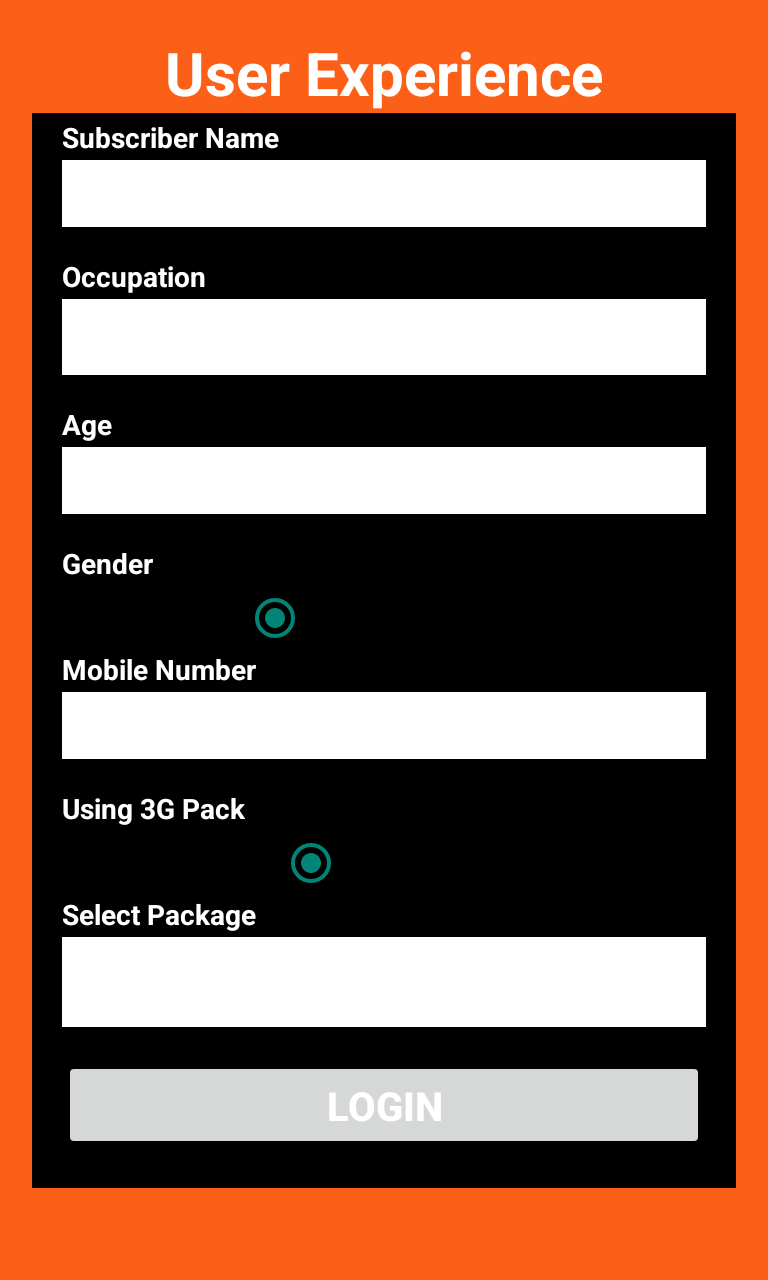
Repository: MushfiqurRahman/BLink3gApp
Layout: 3gExperience/res/layout/fragment_survey.xml
These files come from the project's save history. The layout is drawn as it stood at one moment and after the next save; the edit follows.
It is drawn on a 768 x 1280 px phone screen (xhdpi) without system bars, with theme AppTheme; the app's code is not run.

Above is the layout before, as saved 2014-05-20 18:13:38.

### 3gExperience/res/layout/fragment_survey.xml
<RelativeLayout xmlns:android="http://schemas.android.com/apk/res/android"
    xmlns:tools="http://schemas.android.com/tools"
    android:layout_width="match_parent"
    android:layout_height="match_parent"
    android:background="#FC6018"
    android:paddingBottom="@dimen/activity_vertical_margin"
    android:paddingLeft="@dimen/activity_horizontal_margin"
    android:paddingRight="@dimen/activity_horizontal_margin"
    android:paddingTop="@dimen/activity_vertical_margin"
    tools:context="com.example.gexperience.SurveyActivity$PlaceholderFragment" >

    <RelativeLayout
        android:id="@+id/topMain"
        android:layout_width="fill_parent"
        android:layout_height="wrap_content" >

        <TextView
            android:layout_width="wrap_content"
            android:layout_height="wrap_content"
            android:layout_centerInParent="true"
            android:layout_marginLeft="5dip"
            android:text="@string/survey_heading"
            android:textColor="#ffffff"
            android:textSize="30sp"
            android:textStyle="bold" />
    </RelativeLayout>

    <LinearLayout
        android:id="@+id/LinearBottom"
        android:layout_width="fill_parent"
        android:layout_height="30dp"
        android:layout_alignParentBottom="true"
        android:gravity="bottom"
        android:orientation="vertical" >
    </LinearLayout>

    <LinearLayout
        android:id="@+id/layout_survey_form"
        android:layout_width="fill_parent"
        android:layout_height="fill_parent"
        android:layout_above="@id/LinearBottom"
        android:layout_alignParentLeft="true"
        android:layout_below="@id/topMain"
        android:background="#000000"
        android:gravity="center"
        android:orientation="vertical"
        android:paddingLeft="15dp"
        android:paddingRight="15dp" >

        <LinearLayout
            android:layout_width="fill_parent"
            android:layout_height="wrap_content"
            android:layout_gravity="left" >

            <TextView
                android:id="@+id/textView3"
                android:layout_width="wrap_content"
                android:layout_height="wrap_content"
                android:layout_marginBottom="2dp"
                android:text="@string/sbcr_name"
                android:textColor="#FFFFFF"
                android:textStyle="bold" />
        </LinearLayout>

        <EditText
            android:id="@+id/edtName"
            android:layout_width="match_parent"
            android:layout_height="wrap_content"
            android:layout_marginBottom="15dp"
            android:background="#FFFFFF"
            android:ems="10"
            android:inputType="text"
            android:textSize="25sp" />

        <LinearLayout
            android:layout_width="fill_parent"
            android:layout_height="wrap_content"
            android:layout_gravity="left" >

            <TextView
                android:id="@+id/textView1"
                android:layout_width="wrap_content"
                android:layout_height="wrap_content"
                android:layout_marginBottom="2dp"
                android:text="@string/sbcr_occupation"
                android:textColor="#FFFFFF"
                android:textStyle="bold" />
        </LinearLayout>

        <Spinner
            android:id="@+id/spnOccupation"
            android:layout_width="match_parent"
            android:layout_height="38dp"
            android:layout_marginBottom="15dp"
            android:background="#FFFFFF"
            android:drawSelectorOnTop="true"
            android:padding="5dp"
            android:spinnerMode="dropdown"
            android:textSize="30sp" />

        <LinearLayout
            android:layout_width="fill_parent"
            android:layout_height="wrap_content"
            android:layout_gravity="left" >

            <TextView
                android:id="@+id/textView2"
                android:layout_width="wrap_content"
                android:layout_height="wrap_content"
                android:layout_marginBottom="2dp"
                android:text="@string/sbcr_age"
                android:textColor="#FFFFFF"
                android:textStyle="bold" />
        </LinearLayout>

        <EditText
            android:id="@+id/edtAge"
            android:layout_width="match_parent"
            android:layout_height="wrap_content"
            android:layout_marginBottom="15dp"
            android:background="#FFFFFF"
            android:ems="10"
            android:inputType="number"
            android:textSize="25sp" />

        <LinearLayout
            android:layout_width="fill_parent"
            android:layout_height="wrap_content"
            android:layout_gravity="left" >

            <TextView
                android:id="@+id/tvGender"
                android:layout_width="wrap_content"
                android:layout_height="wrap_content"
                android:layout_marginBottom="2dp"
                android:text="@string/sbcr_gender"
                android:textColor="#FFFFFF"
                android:textStyle="bold" />
        </LinearLayout>

        <RadioGroup
            android:id="@+id/rdoGender"
            android:layout_width="wrap_content"
            android:layout_height="wrap_content"
            android:orientation="horizontal" >

            <RadioButton
                android:id="@+id/radio0"
                android:layout_width="wrap_content"
                android:layout_height="wrap_content"
                android:checked="true"
                android:text="Male" />

            <RadioButton
                android:id="@+id/radio1"
                android:layout_width="wrap_content"
                android:layout_height="wrap_content"
                android:text="Female" />
        </RadioGroup>

                <LinearLayout
            android:layout_width="fill_parent"
            android:layout_height="wrap_content"
            android:layout_gravity="left" >

            <TextView
                android:id="@+id/tvMobileNo"
                android:layout_width="wrap_content"
                android:layout_height="wrap_content"
                android:layout_marginBottom="2dp"
                android:text="@string/sbcr_mobile"
                android:textColor="#FFFFFF"
                android:textStyle="bold" />
        </LinearLayout>

        <EditText
            android:id="@+id/edtMobileNo"
            android:layout_width="match_parent"
            android:layout_height="wrap_content"
            android:layout_marginBottom="15dp"
            android:background="#FFFFFF"
            android:ems="10"
            android:inputType="number"
            android:textSize="25sp" />

                <LinearLayout
            android:layout_width="fill_parent"
            android:layout_height="wrap_content"
            android:layout_gravity="left" >

            <TextView
                android:id="@+id/tv3gPack"
                android:layout_width="wrap_content"
                android:layout_height="wrap_content"
                android:layout_marginBottom="2dp"
                android:text="@string/sbcr_is_3g"
                android:textColor="#FFFFFF"
                android:textStyle="bold" />
        </LinearLayout>

        <RadioGroup
            android:id="@+id/rdo3g"
            android:layout_width="wrap_content"
            android:layout_height="wrap_content"
            android:orientation="horizontal" >

            <RadioButton
                android:id="@+id/radio0"
                android:layout_width="wrap_content"
                android:layout_height="wrap_content"
                android:checked="true"
                android:text="Yes" />

            <RadioButton
                android:id="@+id/radio1"
                android:layout_width="wrap_content"
                android:layout_height="wrap_content"
                android:text="No" />
        </RadioGroup>

        <LinearLayout
            android:layout_width="fill_parent"
            android:layout_height="wrap_content"
            android:layout_gravity="left" >

            <TextView
                android:id="@+id/tvPackageType"
                android:layout_width="wrap_content"
                android:layout_height="wrap_content"
                android:layout_marginBottom="2dp"
                android:text="@string/sbcr_package_type"
                android:textColor="#FFFFFF"
                android:textStyle="bold" />
        </LinearLayout>

        <Spinner
            android:id="@+id/spnPackageTypes"
            android:layout_width="match_parent"
            android:layout_height="45dp"
            android:layout_marginBottom="15dp"
            android:background="#FFFFFF"
            android:padding="5dp"
            android:spinnerMode="dropdown"
            android:textSize="30sp" />

        <Button
            android:id="@+id/btnLogin"
            android:layout_width="match_parent"
            android:layout_height="wrap_content"
            android:layout_marginBottom="15dp"
            android:text="@string/login"
            android:textColor="#FFFFFF"
            android:textSize="20sp"
            android:textStyle="bold" />
    </LinearLayout>

</RelativeLayout>

### 3gExperience/res/values/strings.xml
<?xml version="1.0" encoding="utf-8"?>
<resources>

    <string name="app_name">3gExperience</string>
    <string name="hello_world">Hello world!</string>
    <string name="action_settings">Settings</string>
    <string name="title_activity_login">LoginActivity</string>
    <string name="title_activity_survey">SurveyActivity</string>
    <string name="bp_code">BP Code</string>
    <string name="area">Area</string>
    <string name="location">Location</string>
    <string name="login">Login</string>
    <string name="survey_heading">User Experience</string>
    <string name="sbcr_name">Subscriber Name</string>
    <string name="sbcr_occupation">Occupation</string>
    <string name="sbcr_age">Age</string>
    <string name="sbcr_gender">Gender</string>
    <string name="sbcr_mobile">Mobile Number</string>
    <string name="sbcr_is_3g">Using 3G Pack</string>
    <string name="sbcr_package_type">Select Package</string>
    <string name="sbcr_mobile_brand">Mobile Brand</string>
    <string name="submit">Submit</string>
</resources>

Loaded but not shown: 3gExperience/res/values/styles.xml (common file); 3gExperience/res/values-v11/styles.xml (common file); 3gExperience/res/values-v14/styles.xml (common file); 3gExperience/res/values/dimens.xml (common file); 3gExperience/res/values-w820dp/dimens.xml (common file)

After the next save:
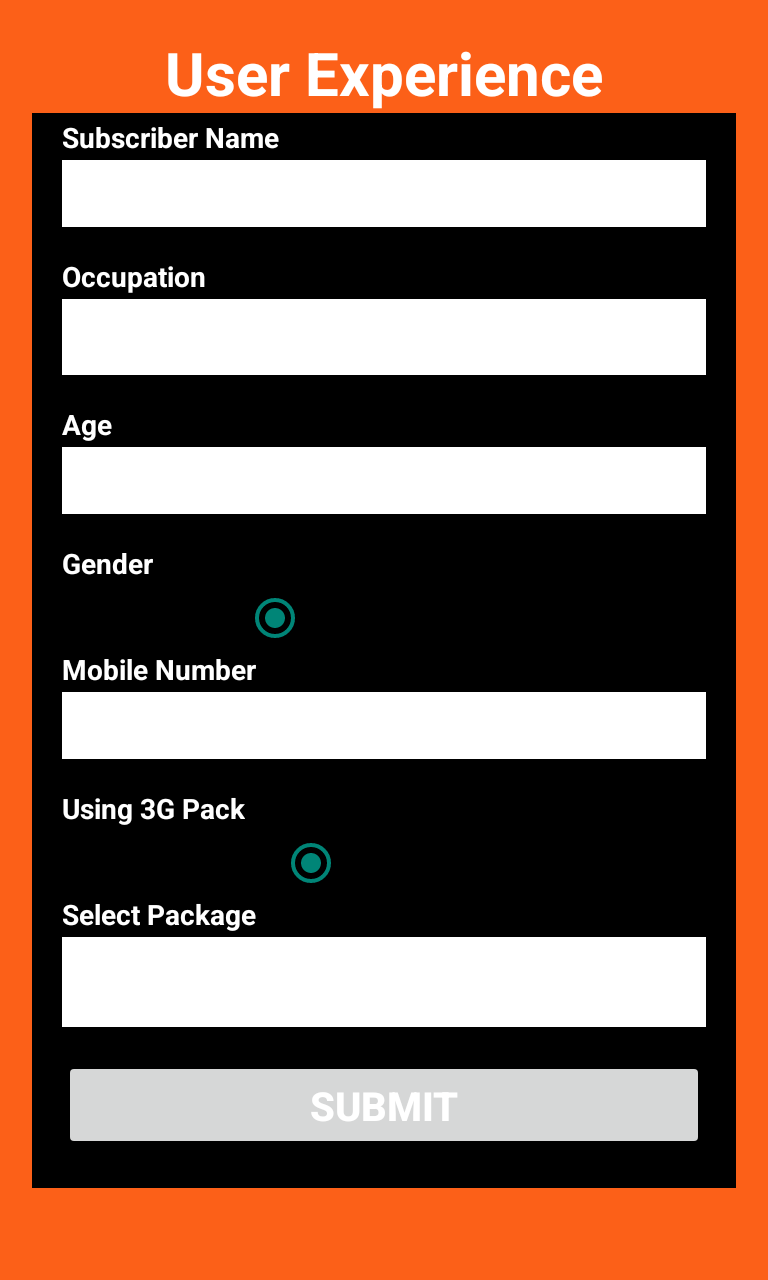
Saved 5 s later.
--- a/3gExperience/res/layout/fragment_survey.xml
+++ b/3gExperience/res/layout/fragment_survey.xml
@@ -248,7 +248,7 @@
             android:layout_width="match_parent"
             android:layout_height="wrap_content"
             android:layout_marginBottom="15dp"
-            android:text="@string/login"
+            android:text="@string/submit"
             android:textColor="#FFFFFF"
             android:textSize="20sp"
             android:textStyle="bold" />
